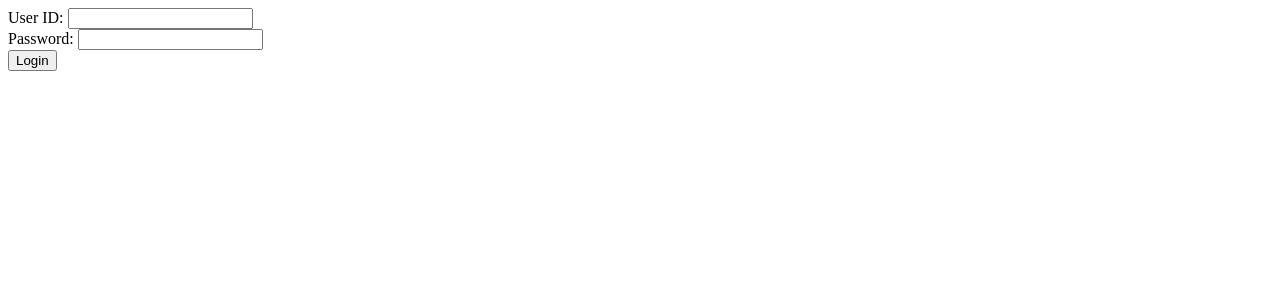
Repository: KoviAnusha/Typescript-files
Page: workspace-sts-3.9.9.RELEASE/Login/WebContent/index.html
These files come from the project's save history. The page is drawn as it stood at one moment and after the next save; the edit follows.
The browser window is 1280 px wide. The pictures show the whole page.

Above is the page before, as saved 2019-08-23 08:12:59.

After the next save:
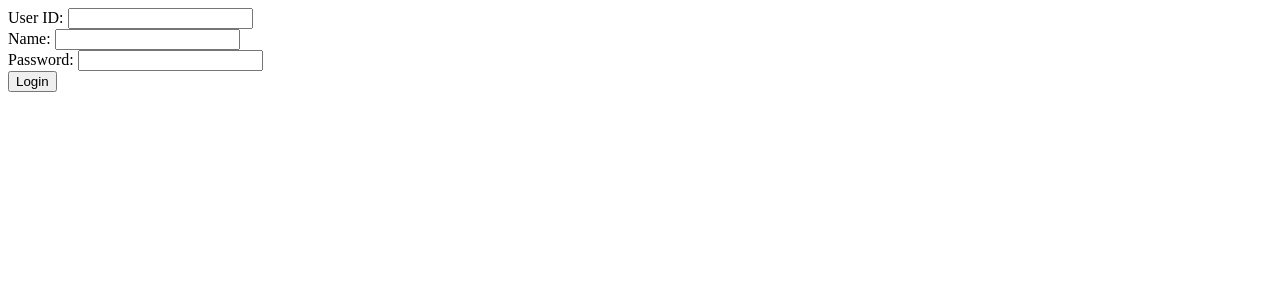
Saved 85 s later.
--- a/workspace-sts-3.9.9.RELEASE/Login/WebContent/index.html
+++ b/workspace-sts-3.9.9.RELEASE/Login/WebContent/index.html
@@ -8,6 +8,7 @@
 
 <form method="post" action="login">
 User ID: <input type="text" name="Userid"><br>
+Name: <input type="text" name="Name"><br>
 Password: <input type="password" name="password"><br>
 <button>Login</button>
 </form>
